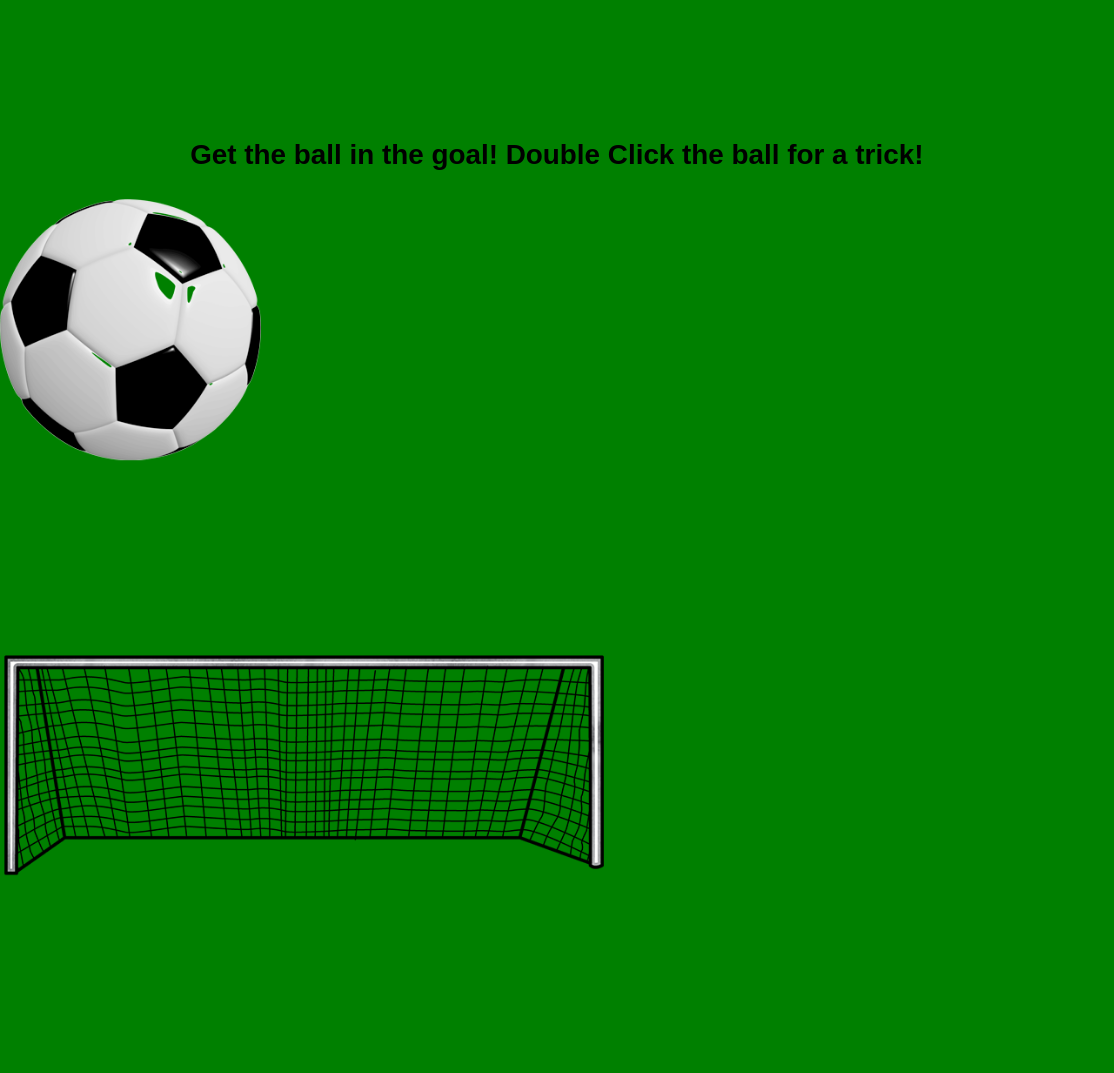
Repository: alexmaddux99/Lab3
Page: mouse-events.html
These files come from the project's save history. The page is drawn as it stood at one moment and after the next save; the edit follows.
The browser window is 1280 px wide. The pictures show the whole page, at 87% of full size.

Above is the page before, as saved 2022-03-06 17:11:41.

### mouse-events.html
<!DOCTYPE html>
<html lang="en">

<head>
    <meta charset="UTF-8">
    <meta http-equiv="X-UA-Compatible" content="IE=edge">
    <meta name="viewport" content="width=device-width, initial-scale=1.0">
    <title>GOAL!</title>
    <style>
        body {
            background-color: green;
            margin:0;
            height:100vh;
        }

        div {
           height: 300px;
           width: 300px;
            transition: transform 1s;

        }

        p {
            margin-top: 10rem;
            text-align: center;
            font: bold 2rem sans-serif;
        }

        img{
            object-fit: scale-down;
        }


    </style>
</head>

<body>

    <p>Get the ball in the goal! Double Click the ball for a trick!</p>


    <div id="dot" class="ball">
        <img src="/images/soccer.png" alt="Score a Goal!">
    </div>

    <img src="/images/goal.png" alt="GOAL!">


    <script>
        var dot = document.getElementById('dot');
        document.body.addEventListener('click', (e) => {
            console.log("Client: " , e.clientX , e.clientY)
            console.log("Page: " , e.pageX , e.pageY)
            console.log("Screen: " , e.screenX , e.screenY)
            console.log("Event Object: ", e);
            dot.style.transform = `translateY(${e.clientY - 25}px)`;
            dot.style.transform += `translateX(${e.clientX - 25}px)`;
            dot.style.opacity = 1;
        }, false);
    </script>
</body>

</html>

After the next save:
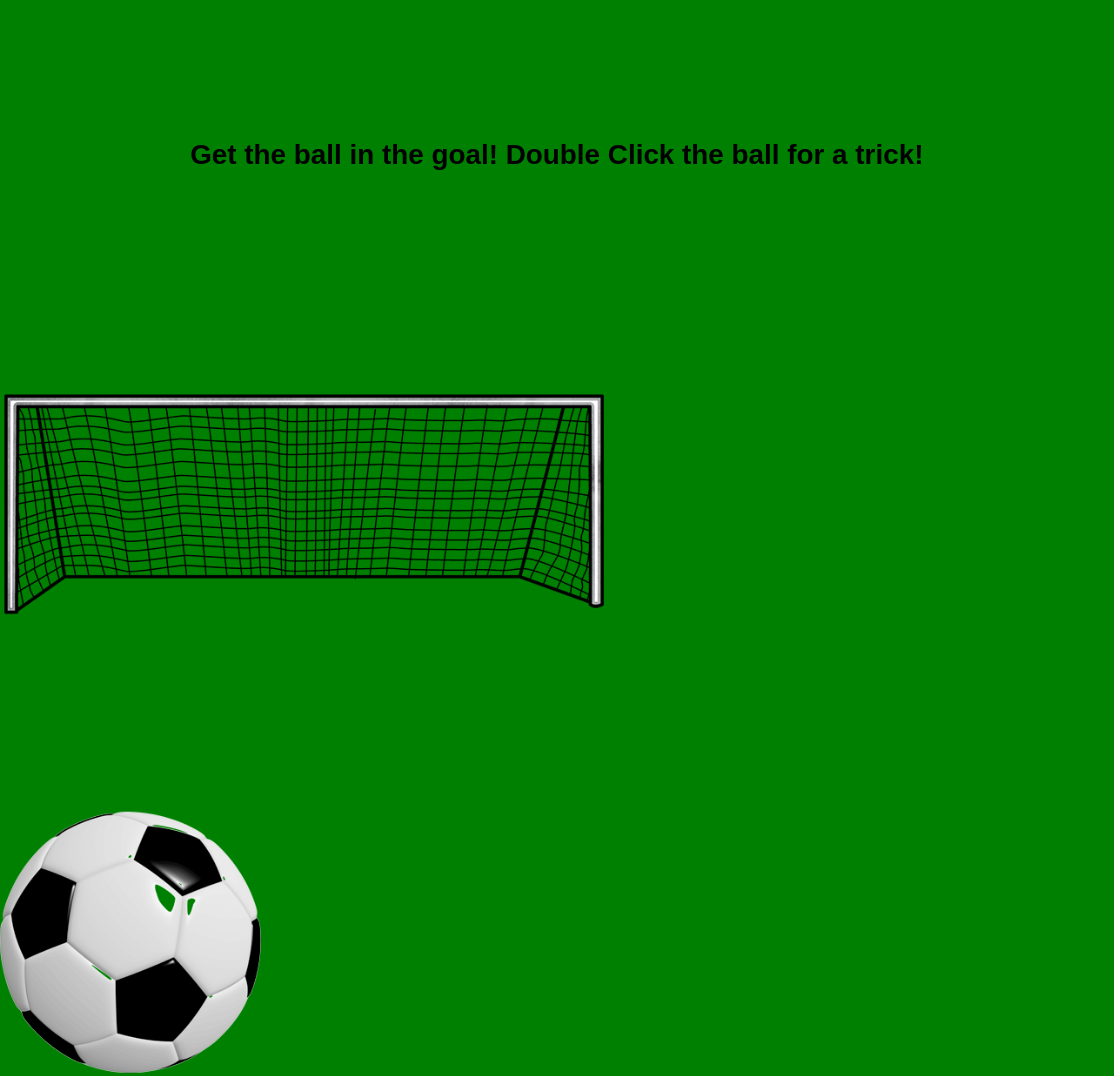
Saved 21 s later.
--- a/mouse-events.html
+++ b/mouse-events.html
@@ -27,6 +27,7 @@
         }
 
         img{
+            align-items: center;
             object-fit: scale-down;
         }
 
@@ -37,13 +38,14 @@
 <body>
 
     <p>Get the ball in the goal! Double Click the ball for a trick!</p>
+    <img src="/images/goal.png" alt="GOAL!">
 
 
     <div id="dot" class="ball">
         <img src="/images/soccer.png" alt="Score a Goal!">
     </div>
 
-    <img src="/images/goal.png" alt="GOAL!">
+
 
 
     <script>
